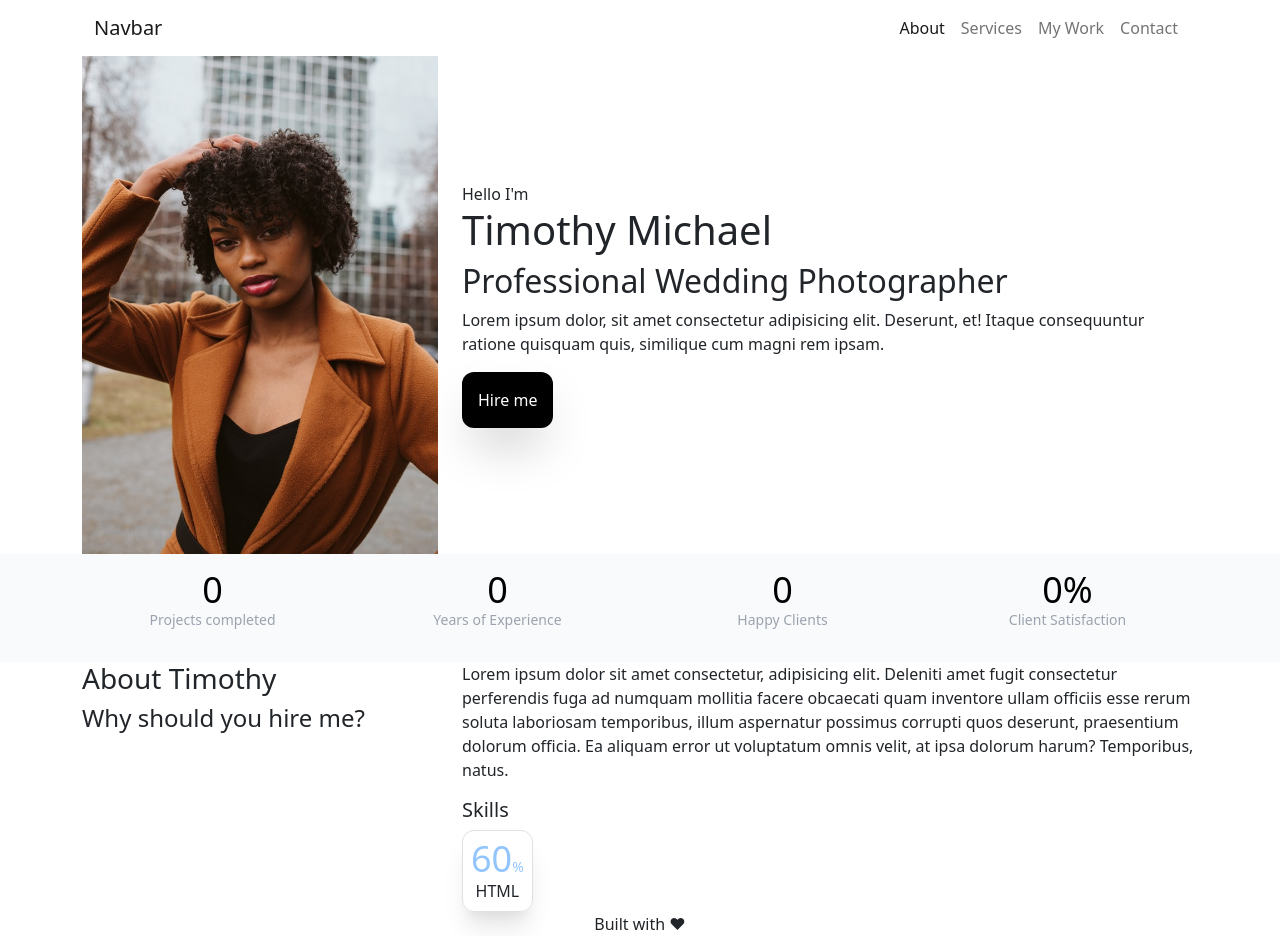
Repository: latenightsnacc/giggles
Page: HTML/freelancer.html
An editor plug-in stored every save of this project. The page is shown before and after the next save, followed by the edit.
The browser window is 1280 px wide. The pictures show the whole page.
Some web libraries are served in a nearby version.

Above is the page before, as saved 2021-01-03 15:16:05.

After the next save:
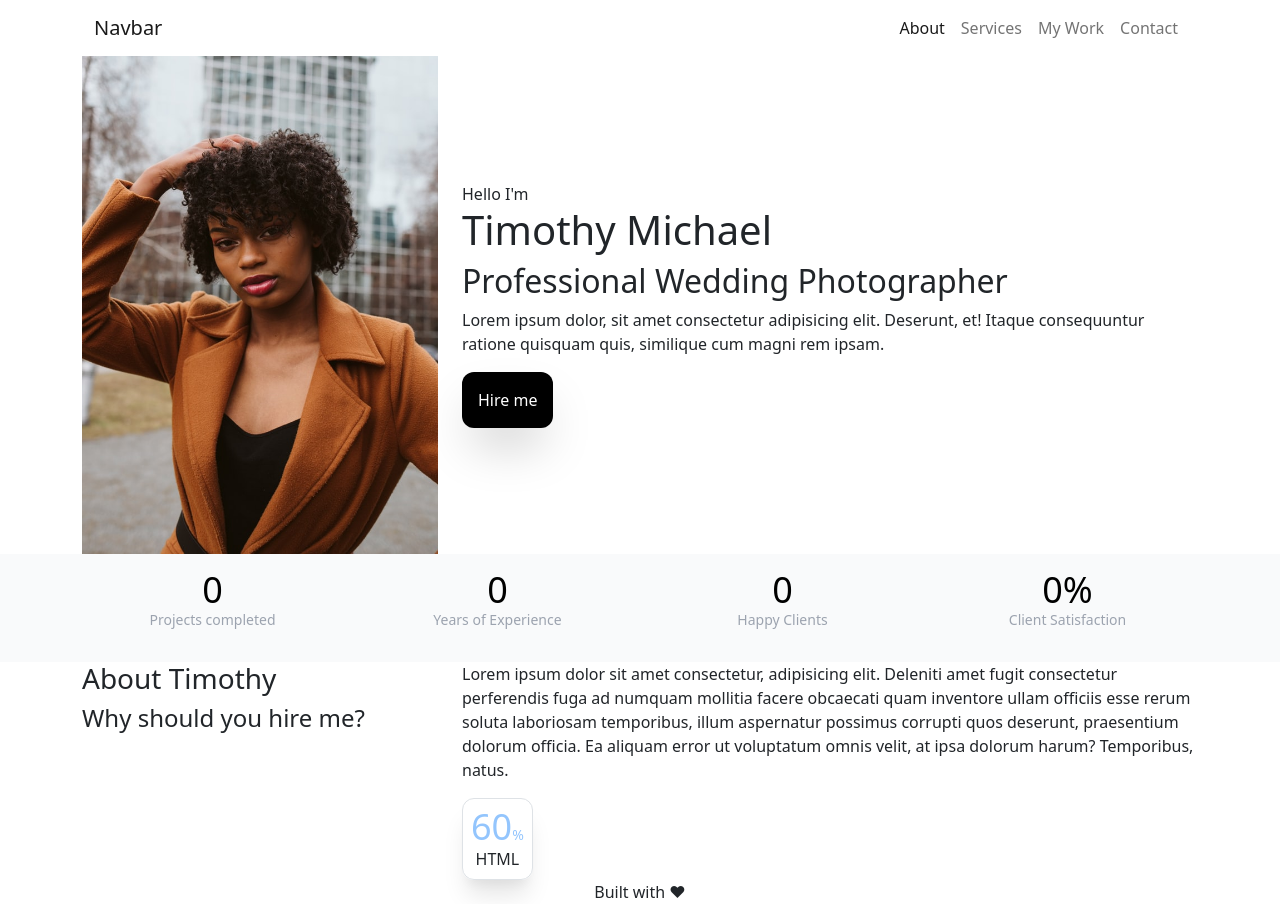
Saved 12 s later.
--- a/HTML/freelancer.html
+++ b/HTML/freelancer.html
@@ -96,7 +96,7 @@
                 </div>
                 <div class="col-sm-12 col-md-6 col-lg-8 col-xl-8">
                     <p>Lorem ipsum dolor sit amet consectetur, adipisicing elit. Deleniti amet fugit consectetur perferendis fuga ad numquam mollitia facere obcaecati quam inventore ullam officiis esse rerum soluta laboriosam temporibus, illum aspernatur possimus corrupti quos deserunt, praesentium dolorum officia. Ea aliquam error ut voluptatum omnis velit, at ipsa dolorum harum? Temporibus, natus.</p>
-                    <h5>Skills</h5>
+
                     <div class="d-flex flex-wrap">
                         <div class="skill-box shadow-xl max-w-sm p-2 border border-gray-100 rounded-xl flex flex-col items-center justify-center text-center">
 
